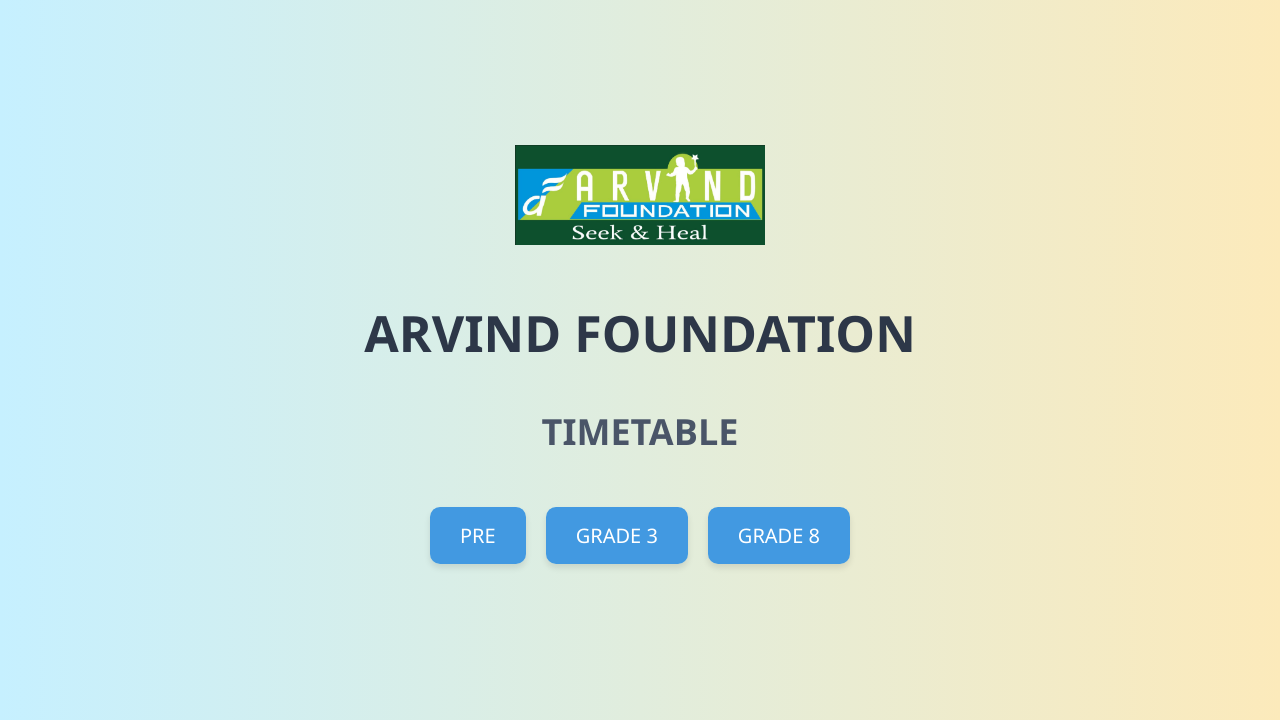
Repository: atchayasasikumar10/timetable-website
Page: http://localhost/
An editor plug-in stored every save of this project. The page is shown before and after the next save, followed by the edit.
The browser window is 1280 px wide. The pictures show the whole page.
The page is served by the project's application, run on Flask 3 (main.py).

Above is the page before, as saved 2025-06-27 18:59:10.

After the next save:
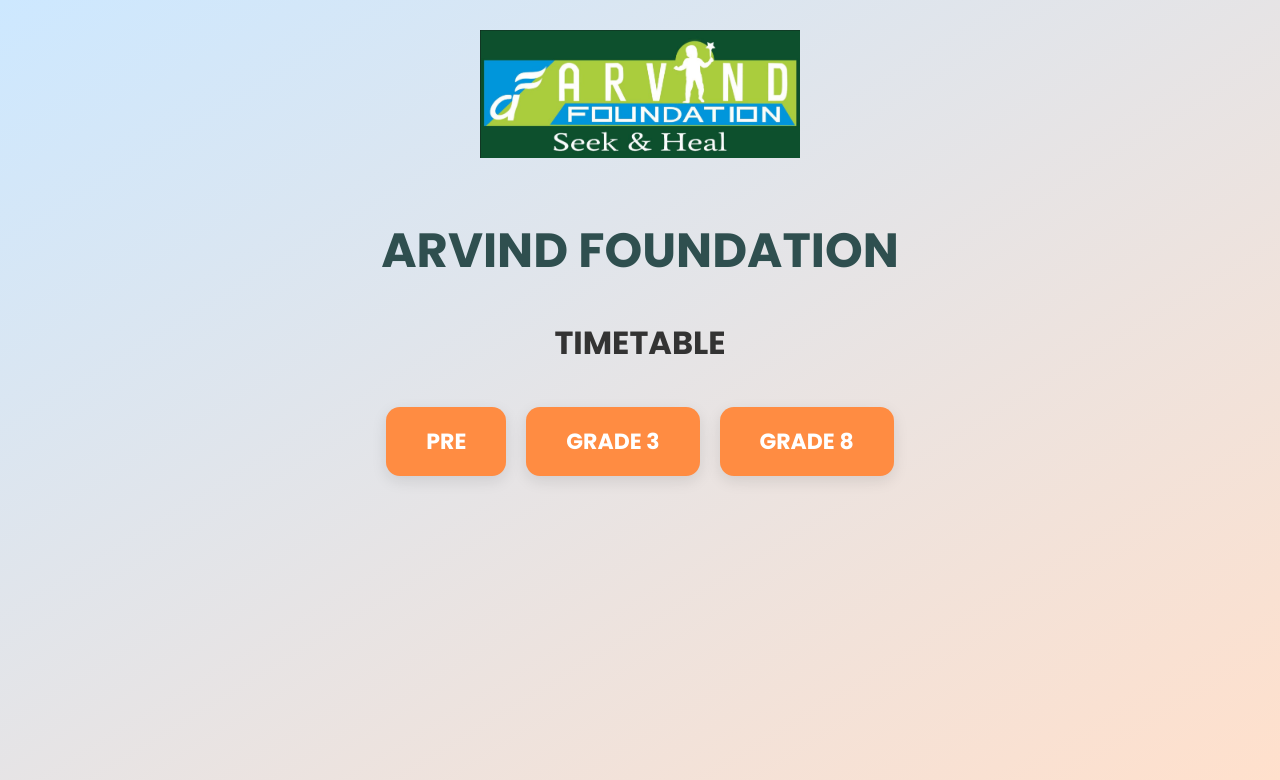
Saved 118 s later.
--- a/templates/index.html
+++ b/templates/index.html
@@ -1,78 +1,88 @@
 <!DOCTYPE html>
-<html>
+<html lang="en">
 <head>
+    <meta charset="UTF-8">
     <title>ARVIND FOUNDATION - Timetable</title>
+
+    <!-- Google Font -->
+    <link href="https://fonts.googleapis.com/css2?family=Poppins:wght@400;700&display=swap" rel="stylesheet">
+
     <style>
         body {
-            font-family: 'Segoe UI', Tahoma, Geneva, Verdana, sans-serif;
-            background: linear-gradient(to right, #c6f0ff, #fceabb);
+            margin: 0;
+            font-family: 'Poppins', sans-serif;
+            background: linear-gradient(to bottom right, #cde8ff, #ffe0cc); /* Soft blue to peach */
             display: flex;
             flex-direction: column;
             align-items: center;
-            justify-content: center;
-            height: 100vh;
-            margin: 0;
+            text-align: center;
+            min-height: 100vh;
+            padding: 30px;
         }
 
         .logo {
-            width: 250px;
-            margin-bottom: 20px;
+            width: 320px; /* Larger logo */
+            margin-bottom: 25px;
         }
 
         h1 {
-            font-size: 50px;
-            color: #2d3748;
-            margin-bottom: 10px;
+            font-size: 48px;
+            font-weight: 700;
+            color: #2f4f4f;
+            margin-bottom: 5px;
         }
 
         h2 {
-            font-size: 36px;
-            color: #4a5568;
+            font-size: 32px;
+            font-weight: 600;
+            color: #333;
             margin-bottom: 40px;
         }
 
-        ul {
-            list-style-type: none;
-            padding: 0;
+        .grade-buttons {
             display: flex;
             flex-wrap: wrap;
             justify-content: center;
+            gap: 20px;
         }
 
-        li {
-            margin: 10px;
-        }
-
-        a {
+        .grade-buttons a {
             text-decoration: none;
-            padding: 15px 30px;
-            font-size: 20px;
+            background-color: #ff8c42; /* Nice bright orange */
             color: white;
-            background-color: #4299e1;
-            border-radius: 10px;
-            box-shadow: 0 4px 6px rgba(0, 0, 0, 0.1);
+            font-size: 22px;
+            font-weight: bold;
+            padding: 18px 40px;
+            border-radius: 14px;
+            box-shadow: 0 5px 15px rgba(0,0,0,0.1);
             transition: background-color 0.3s, transform 0.2s;
         }
 
-        a:hover {
-            background-color: #2b6cb0;
+        .grade-buttons a:hover {
+            background-color: #e6762c;
             transform: scale(1.05);
+        }
+
+        @media (max-width: 600px) {
+            .grade-buttons a {
+                width: 80%;
+            }
         }
     </style>
 </head>
 <body>
 
-    <!-- Logo Image -->
+    <!-- Logo -->
     <img src="{{ url_for('static', filename='logo.png') }}" alt="Arvind Foundation Logo" class="logo">
 
     <h1>ARVIND FOUNDATION</h1>
     <h2>TIMETABLE</h2>
 
-    <ul>
-        <li><a href="/pre">PRE</a></li>
-        <li><a href="/grade3">GRADE 3</a></li>
-        <li><a href="/grade8">GRADE 8</a></li>
-    </ul>
+    <div class="grade-buttons">
+        <a href="/pre">PRE</a>
+        <a href="/grade3">GRADE 3</a>
+        <a href="/grade8">GRADE 8</a>
+    </div>
 
 </body>
 </html>
